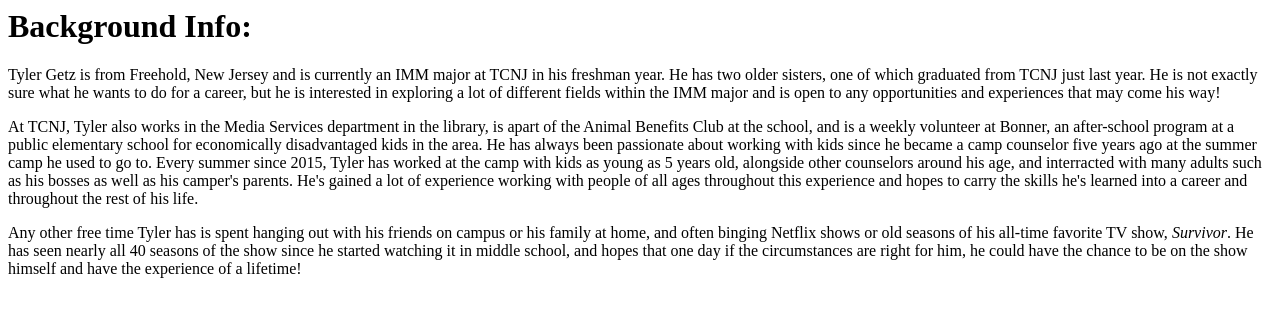
Repository: getzt1/web-design-class
Page: web pages/personal-site/cv.html
The author's editor kept a record of every edit. The page is drawn from the files as they stood at one moment, then again after the next edit.
The browser window is 1280 px wide. The pictures show the whole page.

Above is the page before.

After the next edit:
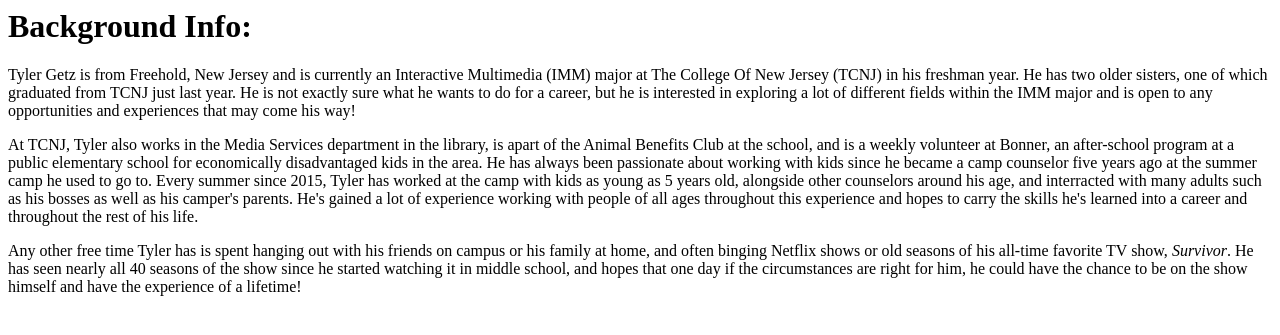
The edit:
--- a/web pages/personal-site/cv.html
+++ b/web pages/personal-site/cv.html
@@ -5,7 +5,7 @@
 </head>
 
 <body>
-    <p>Tyler Getz is from Freehold, New Jersey and is currently an IMM major at TCNJ in his freshman year. He has two older sisters, one of which graduated from TCNJ just last year. He is not exactly sure what he wants to do for a career, but he is interested in exploring a lot of different fields within the IMM major and is open to any opportunities and experiences that may come his way!</p>
+    <p>Tyler Getz is from Freehold, New Jersey and is currently an Interactive Multimedia (IMM) major at The College Of New Jersey (TCNJ) in his freshman year. He has two older sisters, one of which graduated from TCNJ just last year. He is not exactly sure what he wants to do for a career, but he is interested in exploring a lot of different fields within the IMM major and is open to any opportunities and experiences that may come his way!</p>
 
         <p>At TCNJ, Tyler also works in the Media Services department in the library, is apart of the Animal Benefits Club at the school, and is a weekly volunteer at Bonner, an after-school program at a public elementary school for economically disadvantaged kids in the area. He has always been passionate about working with kids since he became a camp counselor five years ago at the summer camp he used to go to. Every summer since 2015, Tyler has worked at the camp with kids as young as 5 years old, alongside other counselors around his age, and interracted with many adults such as his bosses as well as his camper's parents. He's gained a lot of experience working with people of all ages throughout this experience and hopes to carry the skills he's learned into a career and throughout the rest of his life.</p>
 
